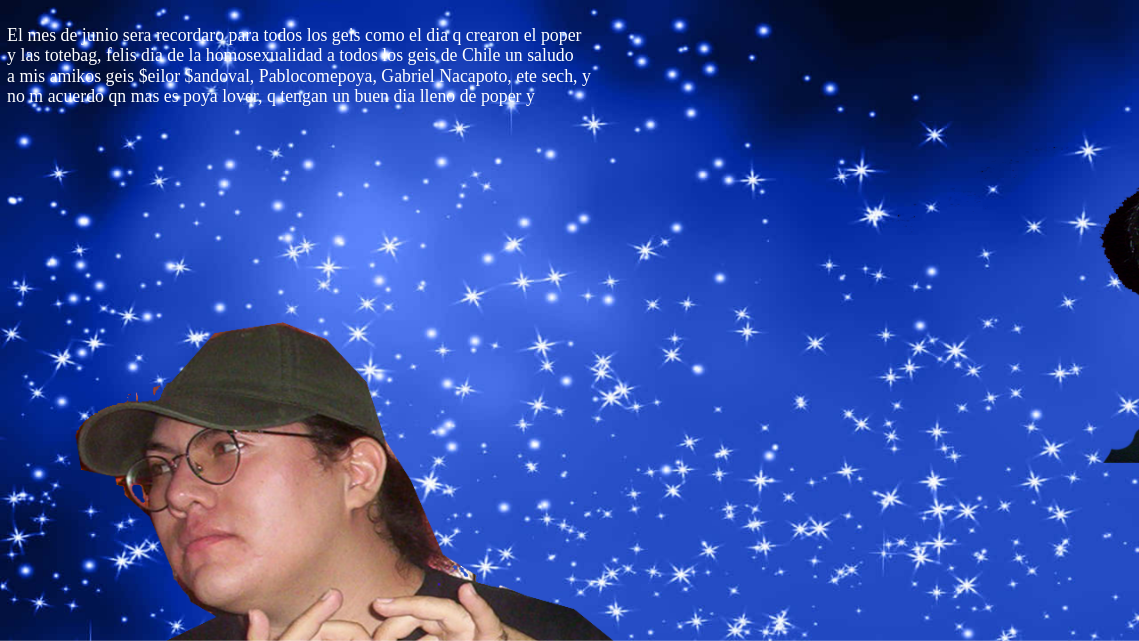
Repository: Eduloco69/crazy-website
Page: gay.html
These files come from the project's save history. The page is drawn as it stood at one moment and after the next save; the edit follows.
The browser window is 1280 px wide. The pictures show the whole page, at 89% of full size.

Above is the page before, as saved 2025-06-03 23:20:04.

After the next save:
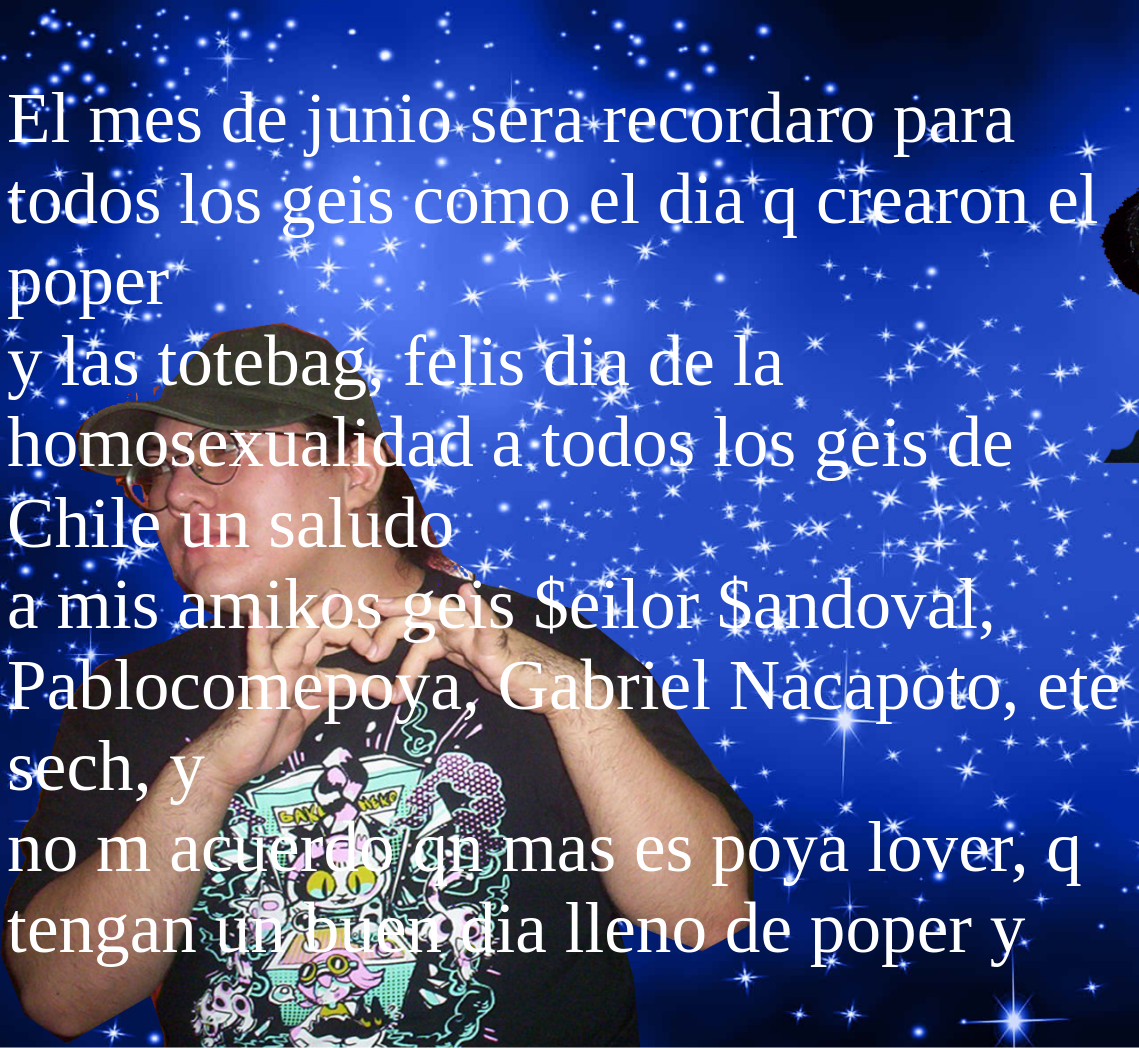
Saved 8 s later.
--- a/gay.html
+++ b/gay.html
@@ -9,7 +9,7 @@
     <title>Document</title>
 </head>
 <body>
-    <p style="font-size: 20px; color: white; font-family: Palace Script MT;">
+    <p style="font-size: 80px; color: white; font-family: Palace Script MT;">
         El mes de junio sera recordaro para todos los geis como el dia q crearon el poper
         <br>
         y las totebag, felis dia de la homosexualidad a todos los geis de Chile un saludo
